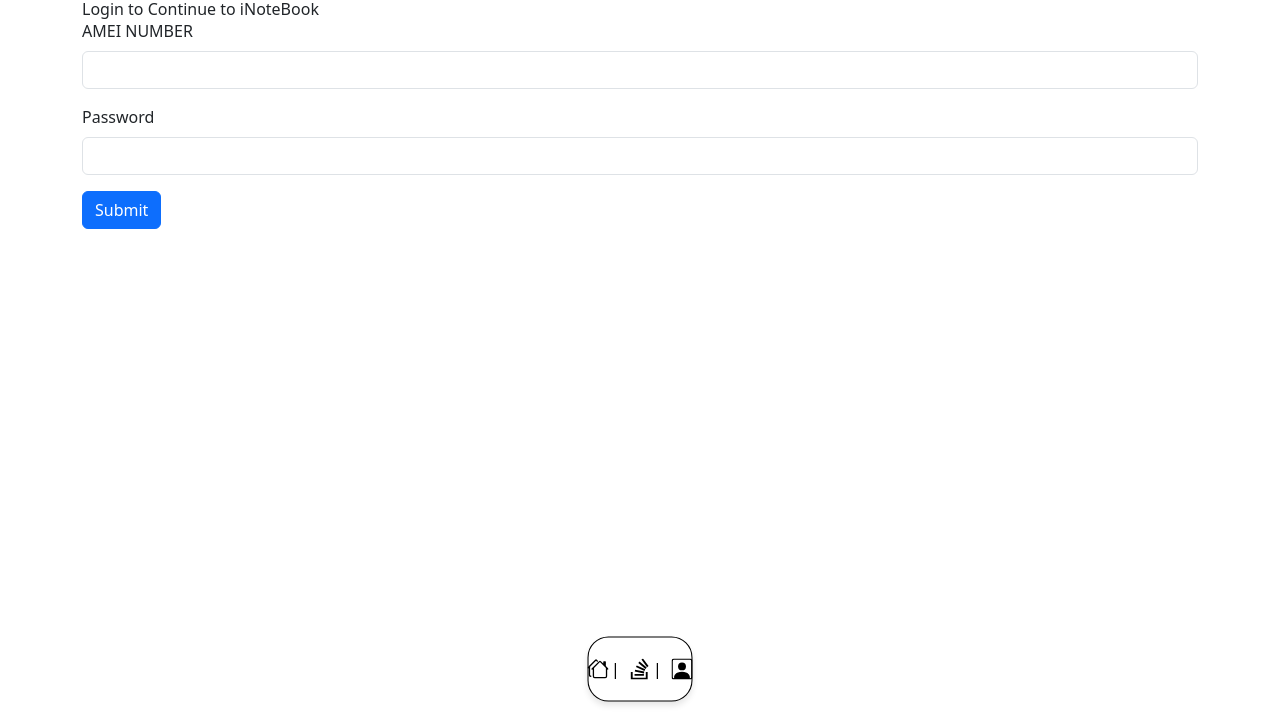
Repository: shash0708/GMR-Lines
Page: /login (app in frontend/)
The author's editor kept a copy of each file at every save. The page is drawn from the files as they stood at one save, then again after a run of saves.
The browser window is 1280 px wide. The pictures show the whole page.
The pointer rests on the first visible `.navbar`.
The page's requests for data from a server got no answer. The project was rebuilt for these pictures with package versions that can differ from the ones it lists, and the page was loaded fresh each time. No one was signed in, and anything a server would have sent is missing. Also part of the build but not shown: frontend/src/components/Buttons/Buttons.component.jsx, frontend/src/components/Home/Home.component.jsx, frontend/src/components/Form/Form.css, frontend/src/components/speedDail/SpeedDail.component.jsx, frontend/src/components/Form/Form.component.jsx, frontend/src/components/Card/Card.jsx, frontend/src/components/Card/Card.css, frontend/src/components/Card/Card.component.jsx and 4 more.

Above is the page before, as saved 2024-09-08 23:36:43.

After the next 2 saves:
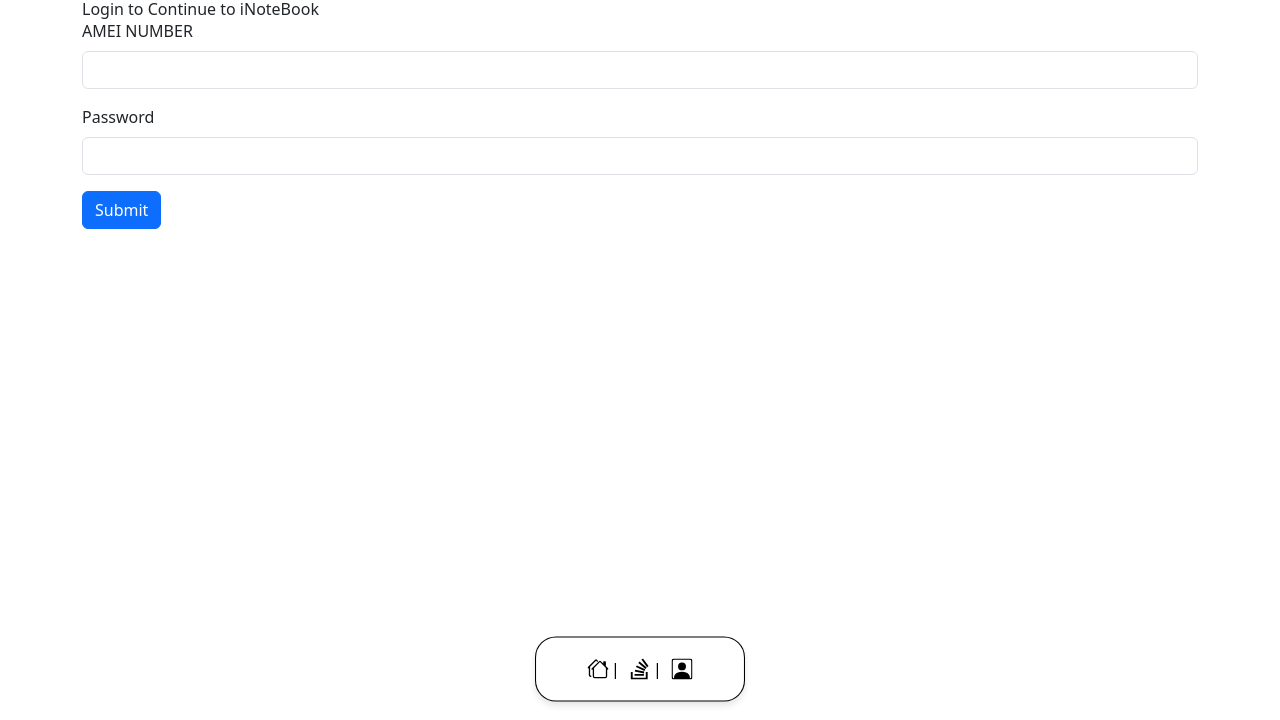
The 2 saves are shown as one change because they came seconds apart.
The last was saved 9 s later.
--- a/frontend/src/components/Header/Navbar.css
+++ b/frontend/src/components/Header/Navbar.css
@@ -29,7 +29,7 @@
 }
 
 .navbar:hover {
-    width: 100px; /* Adjust width on hover */
+    width: 200px; /* Adjust width on hover */
     transform: translateX(-50%) scale(1.05); /* Center Navbar and slightly zoom out */
 }
 
